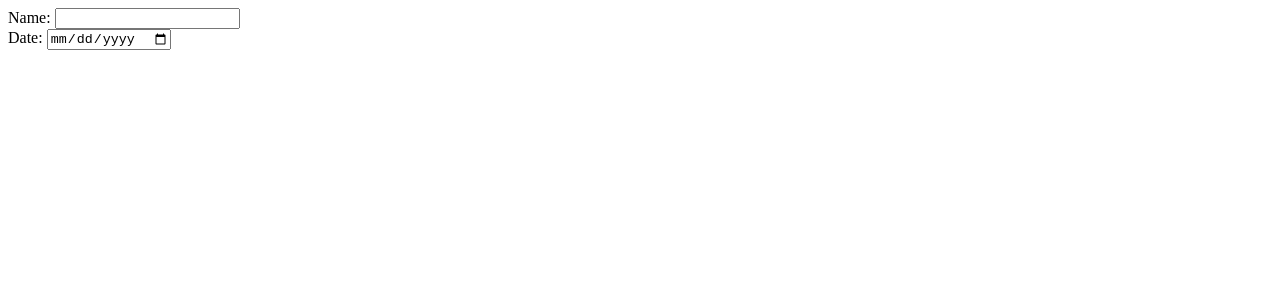
Repository: ngttuyen/JavaWeb
Page: http://localhost/Workshop3/update.jsp
An editor plug-in stored every save of this project. The page is shown before and after the next save, followed by the edit.
The browser window is 1280 px wide. The pictures show the whole page.
The page is served by Tomcat 9.

Above is the page before, as saved 2019-05-27 10:20:43.

After the next save:
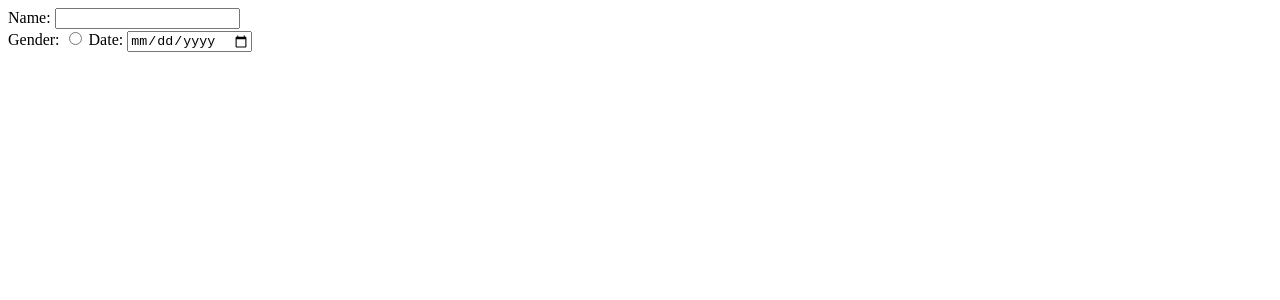
Saved 23 s later.
--- a/Workshop3/WebContent/update.jsp
+++ b/Workshop3/WebContent/update.jsp
@@ -9,7 +9,7 @@
 <body>
 	<form action="CreateStudentServlet" method="get">
 	<label>Name: </label><input type="text" name="name"><br>
-
+	<label>Gender: </label><input type="radio">
 	<label>Date: </label><input type="date" name="name"><br>
 
 
